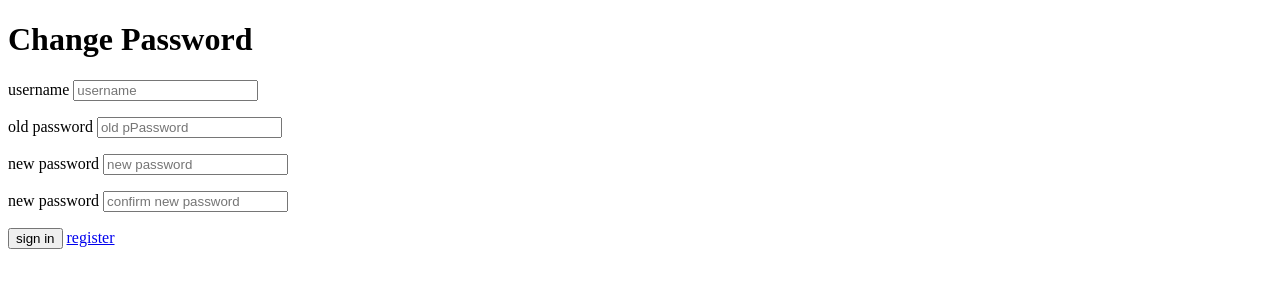
Repository: seantao97/publicProjects
Page: GuessTwoo/v8/Aptana Javascript/GuessTwooServer/views/change_password.html
These files come from the project's save history. The page is drawn as it stood at one moment and after the next save; the edit follows.
The browser window is 1280 px wide. The pictures show the whole page.

Above is the page before, as saved 2016-07-18 02:01:36.

After the next save:
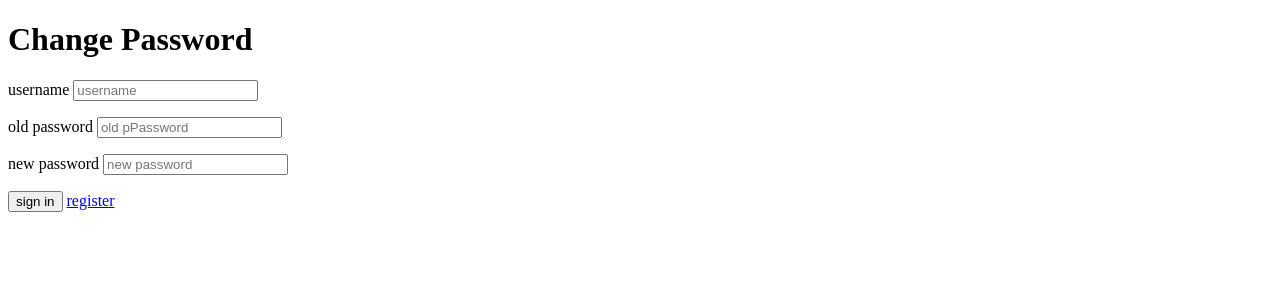
Saved 62 s later.
--- a/GuessTwoo/v8/Aptana Javascript/GuessTwooServer/views/change_password.html
+++ b/GuessTwoo/v8/Aptana Javascript/GuessTwooServer/views/change_password.html
@@ -23,11 +23,13 @@
 				<input type="text" name="newPassword" id="newPassword"
 				placeholder="new password" maxlength=50 required="required"/>
 			</p>
+			<!-- Confirm password to be implemented later
 			<p>
 				<label for="newPassword2">new password</label>
 				<input type="text" name="newPassword2" id="newPassword2"
 				placeholder="confirm new password" maxlength=50 required="required"/>
 			</p>
+			-->
 			<p>
 				<input type="submit" name="signin" id="signin" value="sign in"/>
 				<a href="/signup" title="register">register</a>
